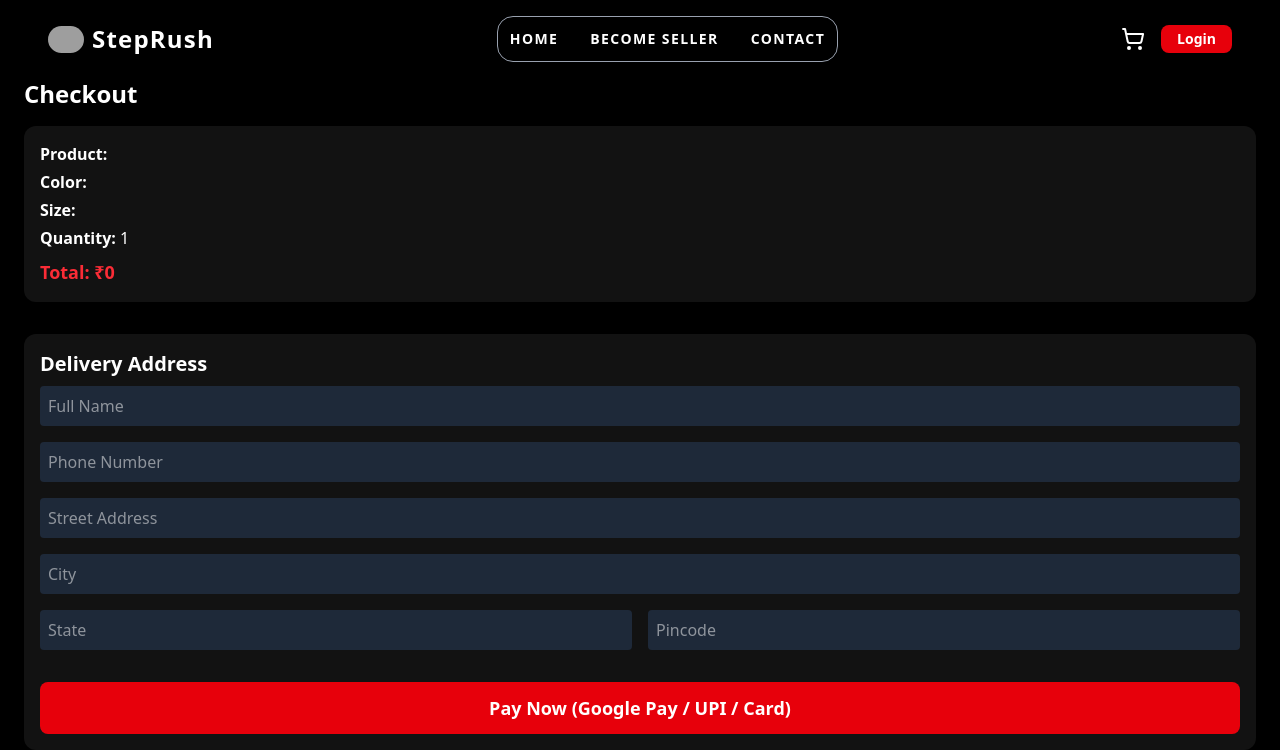
Repository: Sachinkr195/STEPRUSH
Page: /checkout
An editor plug-in stored every save of this project. The page is shown before and after the next save, followed by the edit.
The browser window is 1280 px wide. The pictures show the whole page.
Pictures or frames that could not be fetched are drawn as grey boxes. The project was rebuilt for these pictures with package versions that can differ from the ones it lists, and the page was loaded fresh each time. The framework's server and built-in components were replaced by stand-ins that run in the browser. Also part of the build but not shown: next.config.mjs.

Above is the page before, as saved 2025-08-17 01:29:12.

After the next save:
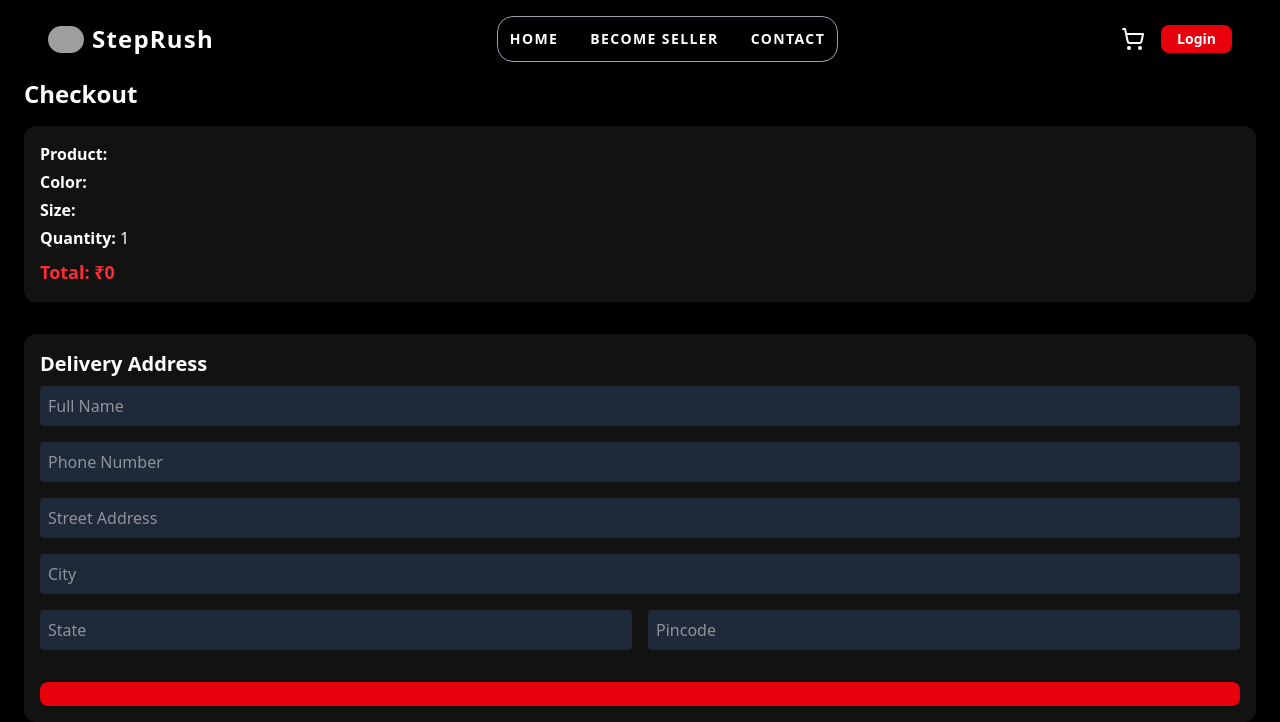
Saved 14 min 14 s later.
--- a/src/app/checkout/page.js
+++ b/src/app/checkout/page.js
@@ -155,7 +155,7 @@
           onClick={handlePlaceOrder}
           className="w-full bg-red-600 hover:bg-red-700 text-white py-3 rounded-lg font-semibold text-lg mt-4"
         >
-          Pay Now (Google Pay / UPI / Card)
+
         </button>
       </div>
     </div>

After the 2 saves that followed:
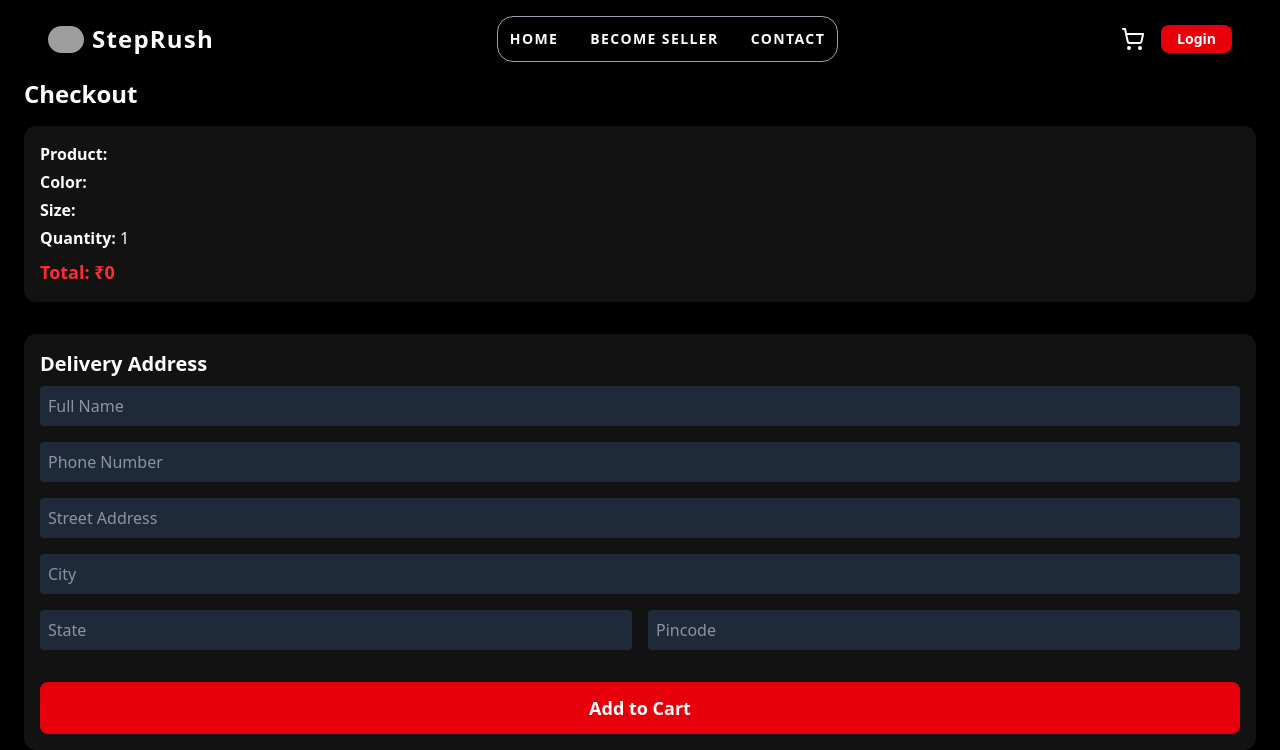
The 2 saves are shown as one change because they came seconds apart.
The last was saved 15 s later.
--- a/src/app/checkout/page.js
+++ b/src/app/checkout/page.js
@@ -155,7 +155,7 @@
           onClick={handlePlaceOrder}
           className="w-full bg-red-600 hover:bg-red-700 text-white py-3 rounded-lg font-semibold text-lg mt-4"
         >
-
+          Add to Cart
         </button>
       </div>
     </div>
